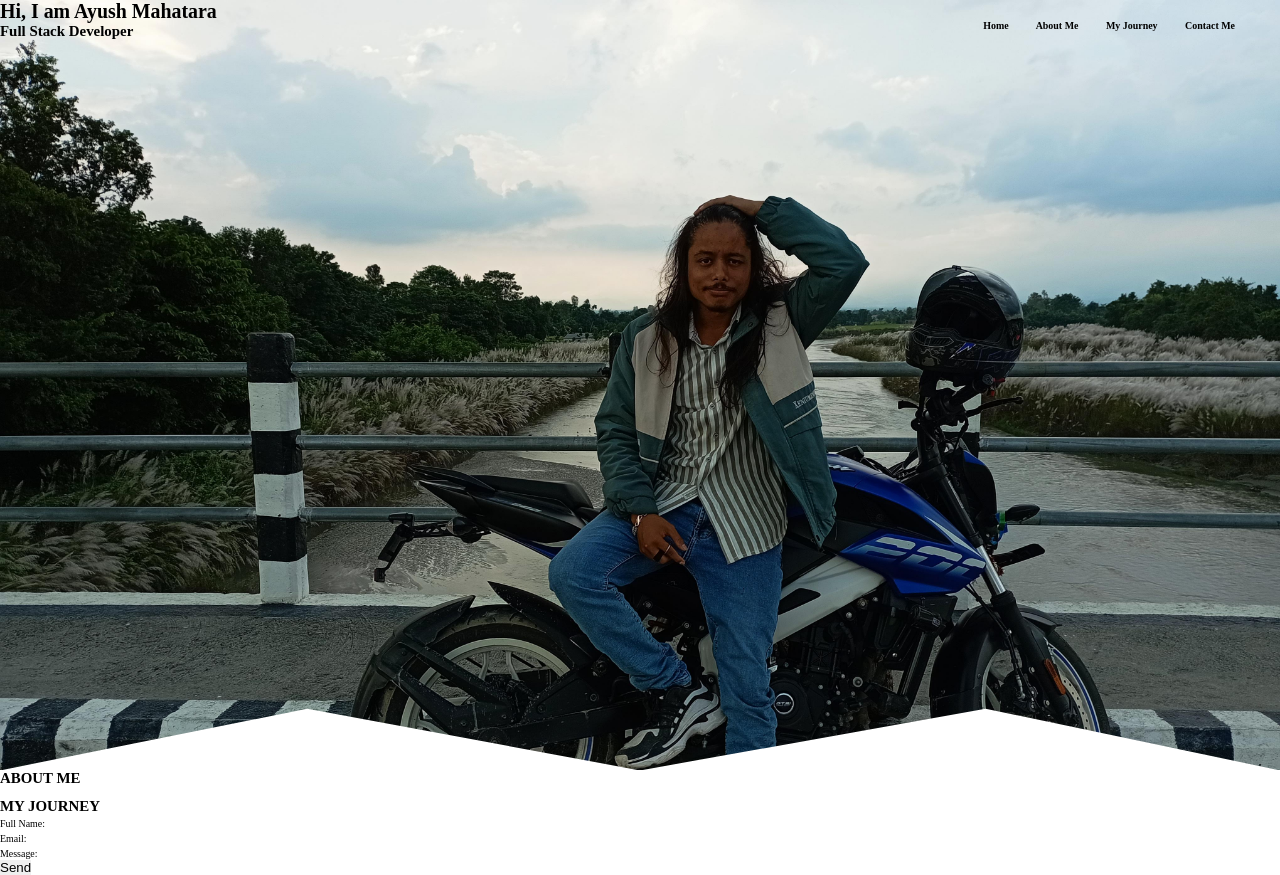
Repository: AyushMahatara/personal-website
Page: New folder/index.html
These files come from the project's save history. The page is drawn as it stood at one moment and after the next save; the edit follows.
The browser window is 1280 px wide. The pictures show the whole page.
Backgrounds fixed to the window are drawn as part of the page.

Above is the page before, as saved 2023-07-20 16:59:02.

After the next save:
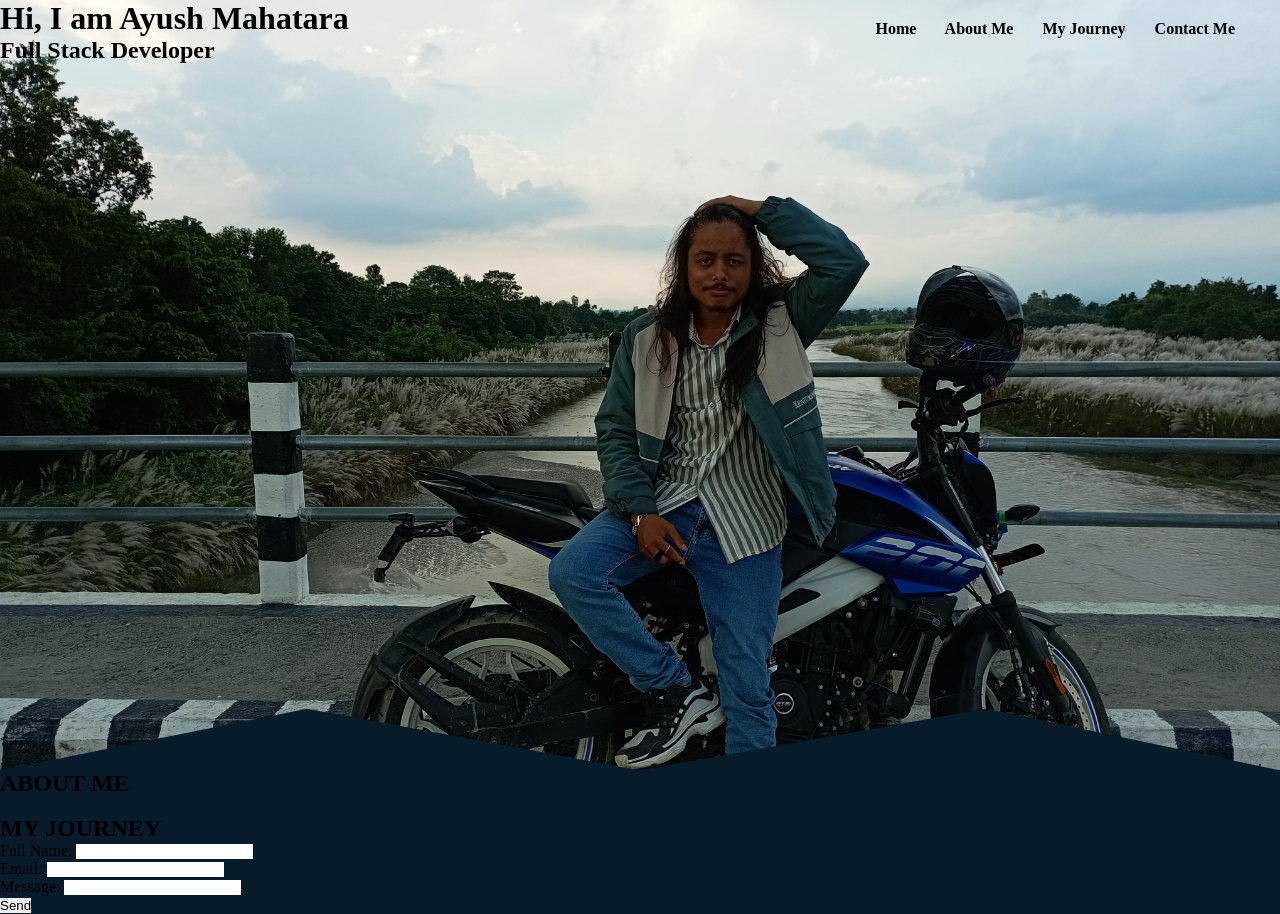
Saved 32 s later.
--- a/New folder/style.css
+++ b/New folder/style.css
@@ -14,9 +14,10 @@
   --main-color: #00abf0;
 }
 
-html {
-  font-size: 62.2%;
+body {
+  background: var(--bg-color);
 }
+
 header {
   background-image: url("/background.jpg");
   background-size: cover;
